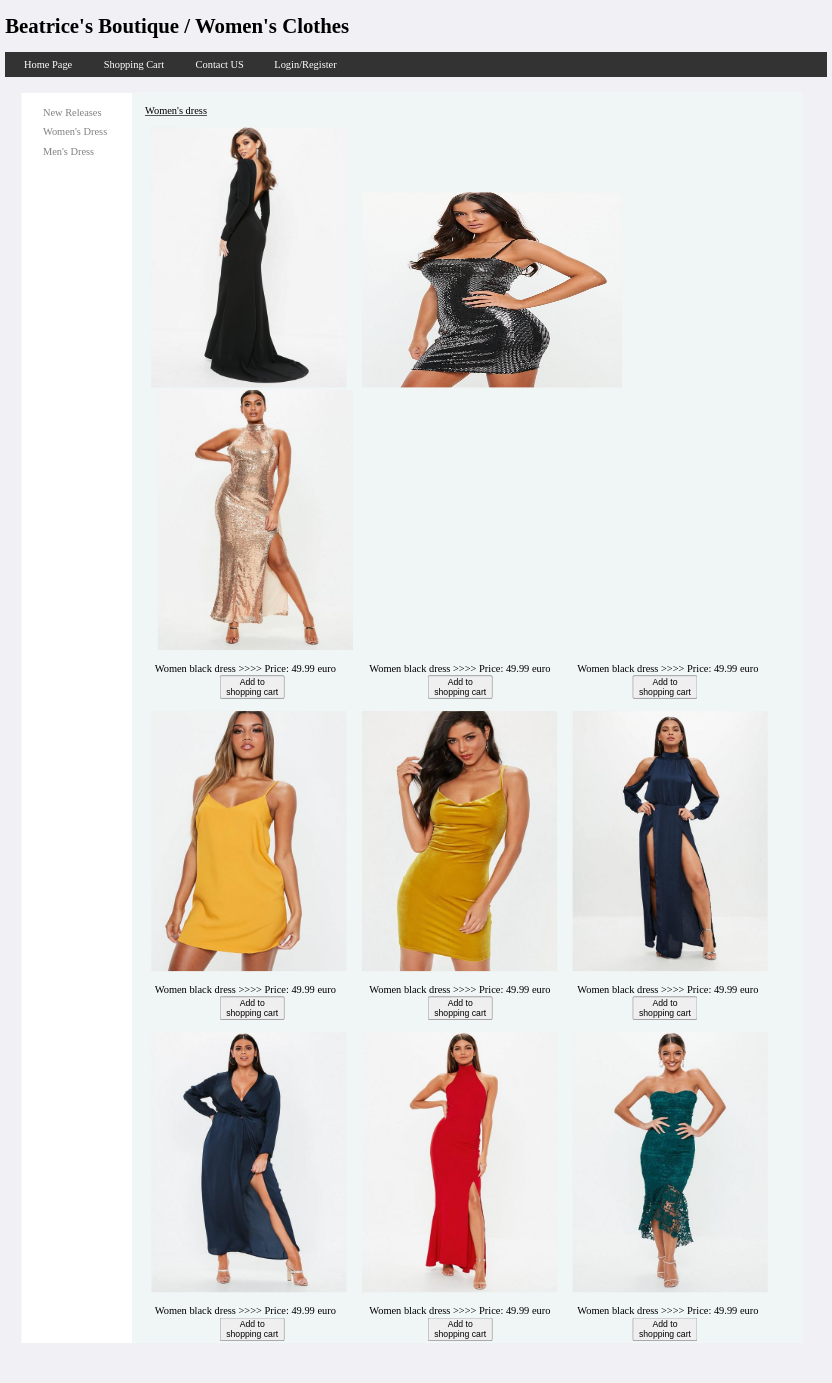
Repository: IosifDobos/Beatrice-Boutique
Page: http://localhost/BeatriceBoutique/womensClothes.jsp
The author's editor kept a copy of each file at every save. The page is drawn from the files as they stood at one save, then again after the next save.
The browser window is 1280 px wide. The pictures show the whole page, at 65% of full size.
The page is served by Tomcat 9. Other server files are loaded and not shown.

Above is the page before, as saved 2018-12-05 14:50:51.

### BeatriceBoutique/Java/WorkSpace/BeatriceBoutique/WebContent/womensClothes.jsp
<!DOCTYPE html >
<html>
<head>
<meta http-equiv="Content-Type" content="text/html; charset=ISO-8859-1">
<link rel="stylesheet" type="text/css" href="styleSheet.css">
<title>Women's Clothes</title>
</head>
<body>

	<h1>Beatrice's Boutique / Women's Clothes</h1>

	<ul>
		<li><a href="homePage.html">Home Page</a></li>
		<li><a href="shoppingCart.html">Shopping Cart</a></li>
		<li><a href="contact.html">Contact US</a></li>
		<li><a href="login.html">Login/Register</a></li>
	</ul>


	<div class = "container">
		<!-- left side of the container where menu is displayed -->
		<div id="sidemenu">
			<a href="#">New Releases</a>
			<a href="womensClothes.jsp">Women's Dress</a>
			<a href="mensClothes.jsp">Men's Dress</a>
		</div>
		<!-- right side of the container -->
		<div id="right-side">
			<p><u>Women's dress</u></p>

			<img alt="dress" src="womens-img/black-open-back-maxi-dress.jpg" width="300" height="400" style="margin-left: 10px;">

			<img alt="dress1" src="womens-img/black-sewn-through-disc-bodycon-mini-dress.jpg" width="400" height="300" style="margin-left: 20px;">

			<img alt="dress2" src="womens-img/gold-sequin-choker-maxi-dress.jpg" width="300" height="400" style="margin-left: 20px;">
			<div id="product-1">
				<p>Women black dress >>>>  Price: 49.99 euro</p>
			</div>
			<div id="product-2">
				<p>Women black dress >>>>  Price: 49.99 euro</p>
			</div>
			<div id="product-3">
				<p>Women black dress >>>>  Price: 49.99 euro</p>
			</div>
			<div id ="button-url">
				<button data-url="shoppingCart.html" type="button" title="Add to shopping cart"
				class="button">
						Add to shopping cart
				</button>
			</div>
			<div id ="button-url1">
				<button data-url="shoppingCart.html" type="button" title="Add to shopping cart"
				class="button">
						Add to shopping cart
				</button>
			</div>
			<div id ="button-url2">
				<button data-url="shoppingCart.html" type="button" title="Add to shopping cart"
				class="button">
						Add to shopping cart
				</button>
			</div>
			<br><br><br><br><br><br>
			<img alt="dress3" src="womens-img/mustard-cami-shift-dress.jpg" width="300" height="400" style="margin-left: 10px;">

			<img alt="dress4" src="womens-img/mustard-velvet-cowl-mini-dress.jpg" width="300" height="400" style="margin-left: 20px;">

			<img alt="dress5" src="womens-img/navy-split-front-maxi-dress.jpg" width="300" height="400" style="margin-left: 20px;">
			<div id="product-1">
				<p>Women black dress >>>>  Price: 49.99 euro</p>
			</div>
			<div id="product-2">
				<p>Women black dress >>>>  Price: 49.99 euro</p>
			</div>
			<div id="product-3">
				<p>Women black dress >>>>  Price: 49.99 euro</p>
			</div>
			<div id ="button-url">
				<button data-url="shoppingCart.html" type="button" title="Add to shopping cart"
				class="button">
						Add to shopping cart
				</button>
			</div>
			<div id ="button-url1">
				<button data-url="shoppingCart.html" type="button" title="Add to shopping cart"
				class="button">
						Add to shopping cart
				</button>
			</div>
			<div id ="button-url2">
				<button data-url="shoppingCart.html" type="button" title="Add to shopping cart"
				class="button">
						Add to shopping cart
				</button>
			</div>
			<br><br><br><br><br><br>
			<img alt="dress6" src="womens-img/plus-size-navy-wrap-front-knot-dress.jpg" width="300" height="400" style="margin-left: 10px;">

			<img alt="dress7" src="womens-img/red-choker-maxi-dress.jpg" width="300" height="400" style="margin-left: 20px;">

			<img alt="dress8" src="womens-img/teal-lace-bandeau-bust-cup-midi-dress.jpg" width="300" height="400" style="margin-left: 20px;">
			<div id="product-1">
				<p>Women black dress >>>>  Price: 49.99 euro</p>
			</div>
			<div id="product-2">
				<p>Women black dress >>>>  Price: 49.99 euro</p>
			</div>
			<div id="product-3">
				<p>Women black dress >>>>  Price: 49.99 euro</p>
			</div>
			<div id ="button-url">
				<button data-url="shoppingCart.html" type="button" title="Add to shopping cart"
				class="button">
						Add to shopping cart
				</button>
			</div>
			<div id ="button-url1">
				<button data-url="shoppingCart.html" type="button" title="Add to shopping cart"
				class="button">
						Add to shopping cart
				</button>
			</div>
			<div id ="button-url2">
				<button data-url="shoppingCart.html" type="button" title="Add to shopping cart"
				class="button">
						Add to shopping cart
				</button>
			</div>
			<br><br><br><br>
		</div>

	</div>

</body>
</html>

### BeatriceBoutique/Java/WorkSpace/BeatriceBoutique/WebContent/styleSheet.css
@charset "UTF-8";

body{
	background-color: #f0f0f5;
}

ul {
	position: -webkit-sticky;
	position: sticky;
    list-style-type: none;
    top: 0;
    margin: 0;
    padding: 0;
    overflow: hidden;
    background-color: #333;
}

li{
	float: left;
}

li a{
	display: block;
	color: white;
	text-align: center;
	padding: 10px 16px;
	text-decoration: none;
	width: 100px;

}

li a:hover {
    background-color: #555;
    color: white;
}

.active {
    background-color: #4CAF50;
    color: white;
}

.container{
	margin-top: 25px;
	margin-left: 25px;
	margin-right: 25px;
	background-color:  white;
	min-height: 400px;
	width: 95%;
}

/*#container:after{
	content: "";
	display: table;
	clear: both;
} */



#sidemenu {
    min-height: 100px;; /* Full-height: remove this if you want "auto" height */
    width: 150px;; /* Set the width of the sidebar */
    position: fixed; /* Fixed Sidebar (stay in place on scroll) */
    z-index: 1; /* Stay on top */
    top: 150px; /* Stay at the top */
    left: 50px;
    background-color: ; /* Black */
    overflow-x: hidden; /* Disable horizontal scroll */
    padding: 8px 0;
}

#sidemenu a {
    padding: 6px 8px 6px 16px;
    text-decoration: none;
    font-size: 16px;
    color: #818181;
    display: block;
}

/* When you mouse over the navigation links, change their color */
#sidemenu a:hover {
    color: #679898;
}

/* Style page content */
#right-side {
    margin-left: 170px; /* Same as the width of the sidebar */
    padding: 3px 5px 20px 20px;
    background-color: #f0f5f5;
    min-height: 400px;
}


/* #right-side{
	float: right;
	margin-right: 20px;
	width: 60%;
} */


#product-1{
	position: absolute;
	margin-left: 15px;
}

#product-2{
	position: absolute;
	margin-left: 345px;
}

#product-3{
	position: absolute;
	margin-left: 665px;
}

#button-url{
	position: absolute;
	margin-top: 35px;
	margin-left: 115px;
	width: 100px;
	height: 100px;
}

#button-url1{
	position: absolute;
	margin-top: 35px;
	margin-left: 435px;
	width: 100px;
	height: 100px;
}

#button-url2{
	position: absolute;
	margin-top: 35px;
	margin-left: 750px;
	width: 100px;
	height: 100px;
}


/* Responsive layout - when the screen is less than 600px wide, make the two columns stack on top of each other instead of next to each other */
@media screen and (max-width: 600px) {
    .col-25, .col-75, input[type=submit] {
        width: 100%;
        margin-top: 0;
    }
}

@media screen and (max-height: 450px) {
    #sidemenu {padding-top: 15px;}
    #sidemenu a {font-size: 18px;}
}

After the next save:
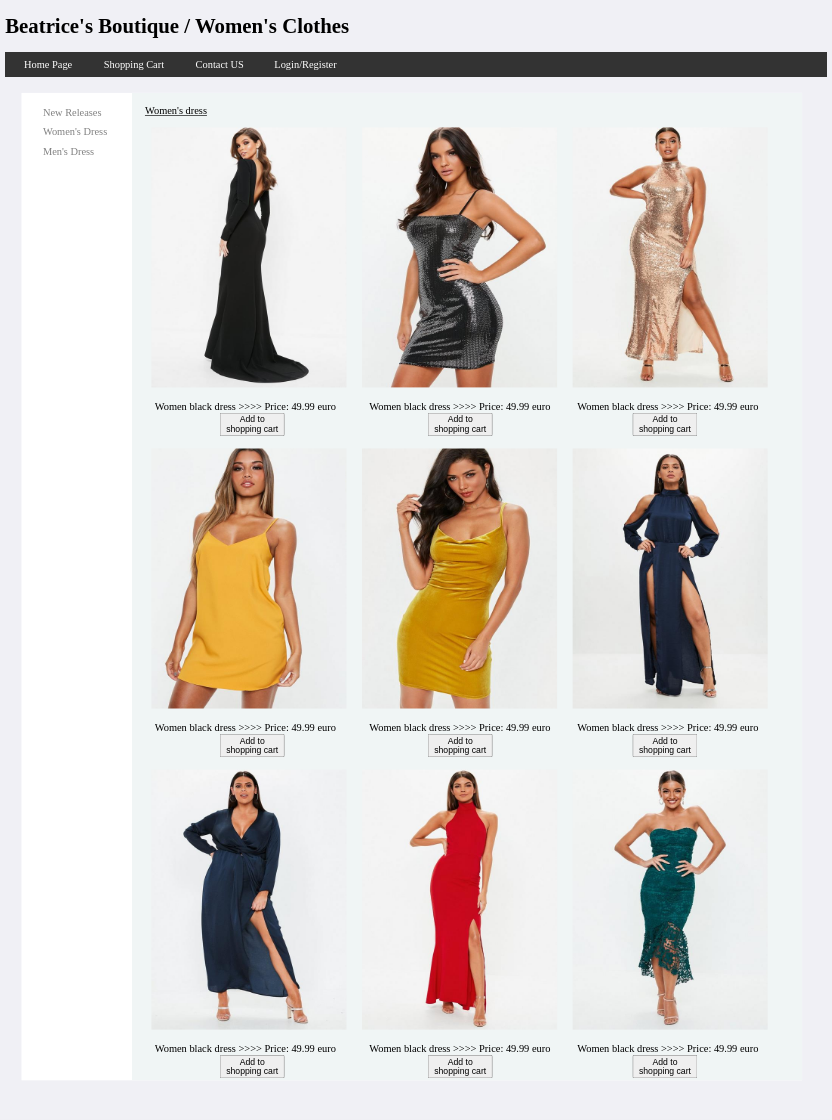
Saved 26 s later.
--- a/BeatriceBoutique/Java/WorkSpace/BeatriceBoutique/WebContent/womensClothes.jsp
+++ b/BeatriceBoutique/Java/WorkSpace/BeatriceBoutique/WebContent/womensClothes.jsp
@@ -30,7 +30,7 @@
 
 			<img alt="dress" src="womens-img/black-open-back-maxi-dress.jpg" width="300" height="400" style="margin-left: 10px;">
 
-			<img alt="dress1" src="womens-img/black-sewn-through-disc-bodycon-mini-dress.jpg" width="400" height="300" style="margin-left: 20px;">
+			<img alt="dress1" src="womens-img/black-sewn-through-disc-bodycon-mini-dress.jpg" width="300" height="400" style="margin-left: 20px;">
 
 			<img alt="dress2" src="womens-img/gold-sequin-choker-maxi-dress.jpg" width="300" height="400" style="margin-left: 20px;">
 			<div id="product-1">
